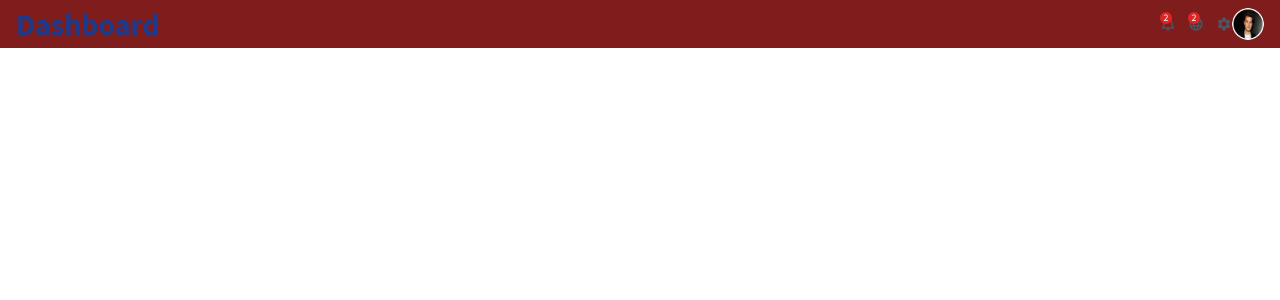
Repository: nation430/React-AdminDashboard
Page: /
An editor plug-in stored every save of this project. The page is shown before and after the next save, followed by the edit.
The browser window is 1280 px wide. The pictures show the whole page.
The project was rebuilt for these pictures with package versions that can differ from the ones it lists, and the page was loaded fresh each time.

Above is the page before, as saved 2022-08-12 10:40:58.

After the next save:
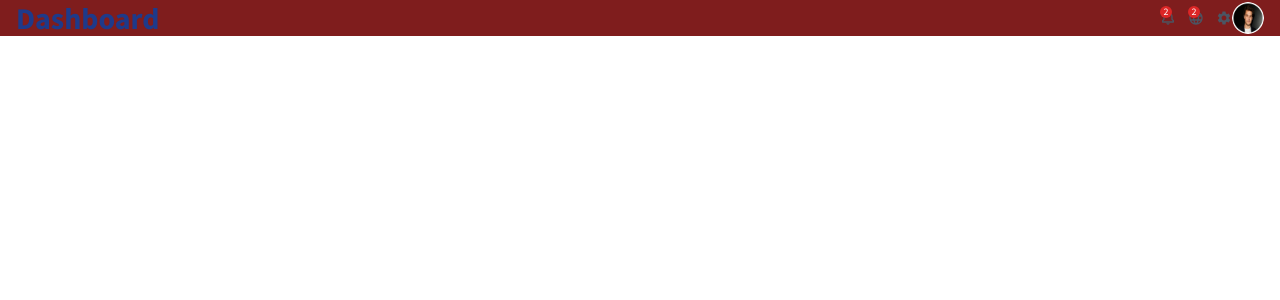
Saved 5 s later.
--- a/src/components/topbar/Topbar.jsx
+++ b/src/components/topbar/Topbar.jsx
@@ -6,7 +6,7 @@
 
 export default function Topbar () {
     return(
-        <div className="topbar w-full h-12 bg-red-900 sticky top-0  ">
+        <div className="topbar w-full bg-red-900 sticky top-0  ">
             <div className="topbarWeapper flex items-center justify-between h-full px-4 py-0">
             <div className="topLeft">
                 <span className="logo font-bold text-3xl text-blue-900 cursor-pointer ...">Dashboard</span>

After the save that followed:
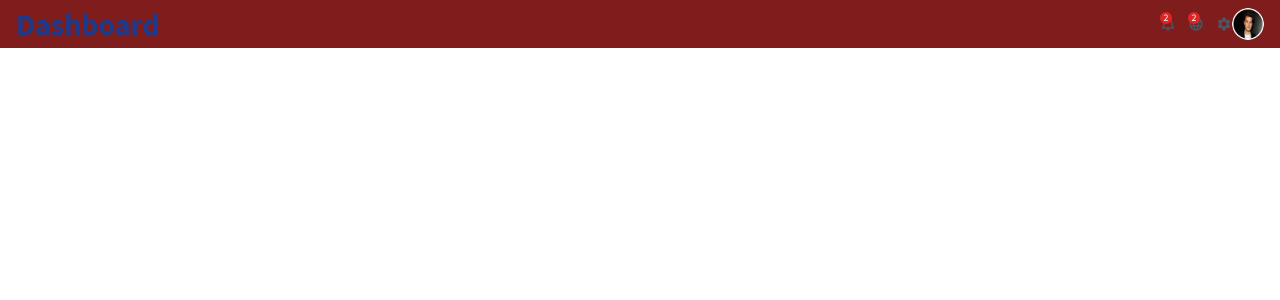
Saved 4 s later.
--- a/src/components/topbar/Topbar.jsx
+++ b/src/components/topbar/Topbar.jsx
@@ -6,7 +6,7 @@
 
 export default function Topbar () {
     return(
-        <div className="topbar w-full bg-red-900 sticky top-0  ">
+        <div className="topbar w-full h-12 bg-red-900 sticky top-0  ">
             <div className="topbarWeapper flex items-center justify-between h-full px-4 py-0">
             <div className="topLeft">
                 <span className="logo font-bold text-3xl text-blue-900 cursor-pointer ...">Dashboard</span>
